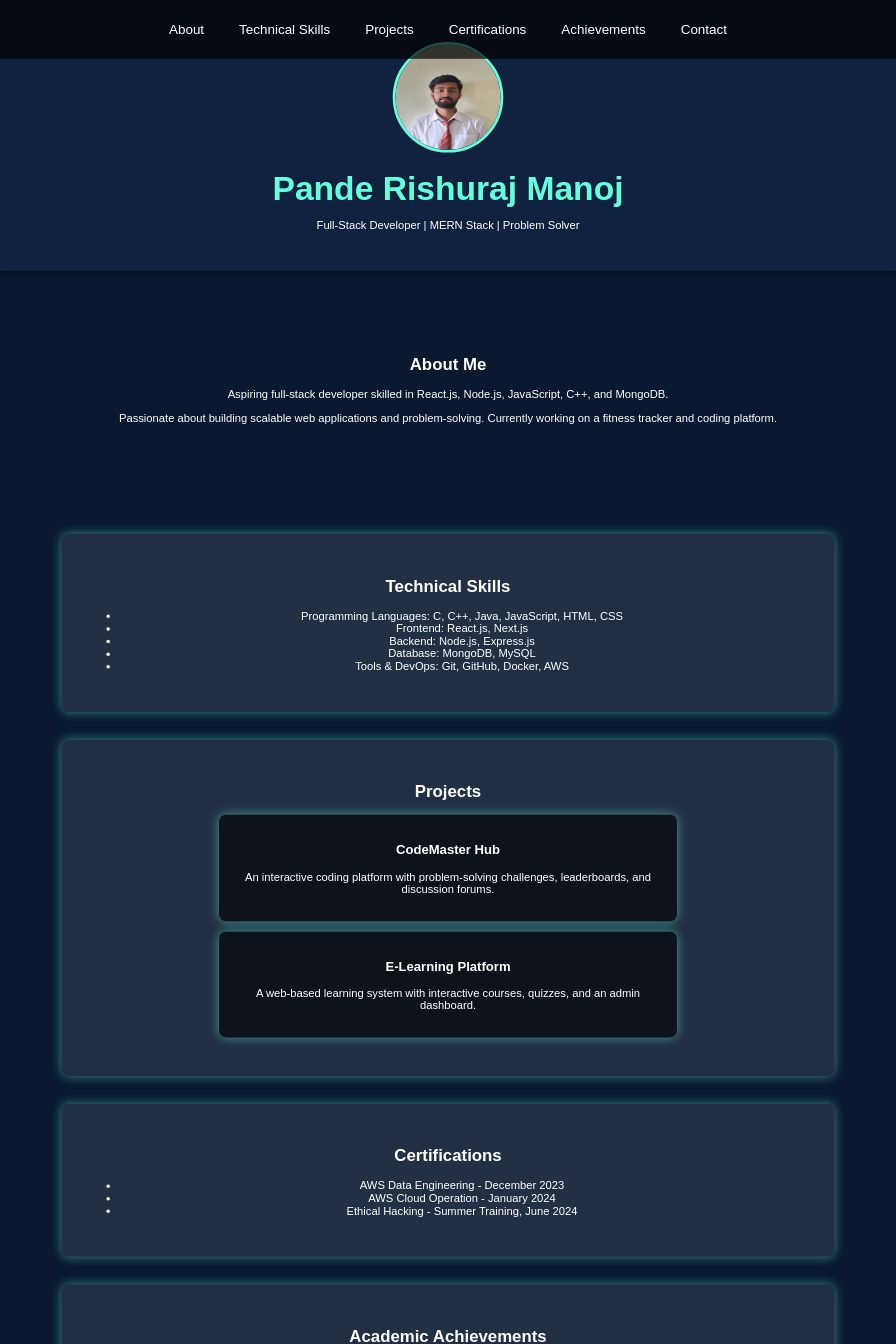
Repository: Rishuraj-Pandey/portfolio
Page: index.html
An editor plug-in stored every save of this project. The page is shown before and after the next save, followed by the edit.
The browser window is 1280 px wide. The pictures show the part of the page from y = 0 to 1920 px (the page is 2791 px tall), at 70% of full size.

Above is the page before, as saved 2025-03-22 01:12:28.

### index.html
<!DOCTYPE html>
<html lang="en">
<head>
    <meta charset="UTF-8">
    <meta name="viewport" content="width=device-width, initial-scale=1.0">
    <title>Pande Rishuraj Manoj - Portfolio</title>
    <link rel="stylesheet" href="style.css">
</head>
<body>
    <header>
        <img src="profile.jpg.jpg" alt="Profile Picture" class="profile-pic">
        <h1>Pande Rishuraj Manoj</h1>
        <p>Full-Stack Developer | MERN Stack | Problem Solver</p>
    </header>

    <nav>
        <ul>
            <li><a href="#about">About</a></li>
            <li><a href="#tech">Technical Skills</a></li>
            <li><a href="#projects">Projects</a></li>
            <li><a href="#certifications">Certifications</a></li>
            <li><a href="#achievements">Achievements</a></li>
            <li><a href="#contact">Contact</a></li>
        </ul>
    </nav>

    <section class="about" id="about">
        <h2>About Me</h2>
        <p>Aspiring full-stack developer skilled in React.js, Node.js, JavaScript, C++, and MongoDB.</p>
        <p>Passionate about building scalable web applications and problem-solving. Currently working on a fitness tracker and coding platform.</p>
    </section>

    <section class="tech" id="tech">
        <h2>Technical Skills</h2>
        <ul>
            <li>Programming Languages: C, C++, Java, JavaScript, HTML, CSS</li>
            <li>Frontend: React.js, Next.js</li>
            <li>Backend: Node.js, Express.js</li>
            <li>Database: MongoDB, MySQL</li>
            <li>Tools & DevOps: Git, GitHub, Docker, AWS</li>
        </ul>
    </section>

    <section class="projects" id="projects">
        <h2>Projects</h2>
        <div class="project-card">
            <h3>CodeMaster Hub</h3>
            <p>An interactive coding platform with problem-solving challenges, leaderboards, and discussion forums.</p>
        </div>
        <div class="project-card">
            <h3>E-Learning Platform</h3>
            <p>A web-based learning system with interactive courses, quizzes, and an admin dashboard.</p>
        </div>
    </section>

    <section class="certifications" id="certifications">
        <h2>Certifications</h2>
        <ul>
            <li>AWS Data Engineering - December 2023</li>
            <li>AWS Cloud Operation - January 2024</li>
            <li>Ethical Hacking - Summer Training, June 2024</li>
        </ul>
    </section>

    <section class="achievements" id="achievements">
        <h2>Academic Achievements</h2>
        <ul>
            <li>Secured 5-Star Badge in C++ & Problem-Solving on HackerRank</li>
            <li>Ranked 6th in National Science Day Coding Competition (200+ participants)</li>
        </ul>
    </section>

    <section class="experience" id="experience">
        <h2>Work & Internship Experience</h2>
        <p>Currently working on full-stack development projects and open-source contributions.</p>
        <p>Previously completed a summer internship in Ethical Hacking.</p>
    </section>

    <section class="contact" id="contact">
        <h2>Contact</h2>
        <p>Email: <a href="mailto:rishurajpande@gmail.com">rishurajpande@gmail.com</a></p>
        <p>LinkedIn: <a href="https://www.linkedin.com/in/rishuraj-pandey-08a9012b0/" target="_blank">linkedin.com/in/rishuraj-pandey</a></p>
        <p>GitHub: <a href="https://github.com/rishurajpande" target="_blank">github.com/rishurajpande</a></p>
    </section>

    <footer>
        <p>&copy; 2025 Pande Rishuraj Manoj. All Rights Reserved.</p>
    </footer>
</body>
</html>

### style.css
body {
    font-family: 'Poppins', sans-serif;
    margin: 0;
    padding: 0;
    background: #0a192f;
    color: white;
    text-align: center;
    scroll-behavior: smooth;
}

header {
    background: #112240;
    padding: 40px 20px;
    box-shadow: 0px 4px 10px rgba(0, 0, 0, 0.5);
}

h1 {
    margin: 0;
    font-size: 3em;
    color: #64ffda;
}

.profile-pic {
    width: 150px;
    height: 150px;
    border-radius: 50%;
    margin: 20px 0;
    border: 4px solid #64ffda;
}

nav {
    background: rgba(0, 0, 0, 0.7);
    position: fixed;
    top: 0;
    width: 100%;
    padding: 15px 0;
    z-index: 1000;
    transition: all 0.3s;
}

nav ul {
    list-style: none;
    padding: 0;
    display: flex;
    justify-content: center;
    gap: 20px;
}

nav ul li {
    display: inline;
}

nav ul li a {
    color: white;
    text-decoration: none;
    padding: 10px 15px;
    font-size: 1.2em;
    transition: color 0.3s, transform 0.2s;
}

nav ul li a:hover {
    color: #64ffda;
    transform: scale(1.1);
}

section {
    padding: 100px 20px;
}

.tech, .certifications, .achievements, .projects, .experience {
    background: rgba(255, 255, 255, 0.1);
    padding: 40px;
    border-radius: 10px;
    margin: 40px auto;
    width: 80%;
    box-shadow: 0px 0px 15px rgba(100, 255, 218, 0.5);
    animation: fadeIn 1.2s ease-in-out;
}

.project-card {
    background-color: rgba(0, 0, 0, 0.6);
    padding: 20px;
    margin: 15px auto;
    width: 60%;
    border-radius: 10px;
    box-shadow: 0px 0px 15px rgba(100, 255, 218, 0.5);
    transition: transform 0.3s, box-shadow 0.3s;
}

.project-card:hover {
    transform: scale(1.05);
    box-shadow: 0px 0px 25px rgba(100, 255, 218, 0.8);
}

.contact a {
    color: #64ffda;
    text-decoration: none;
    font-weight: bold;
}

.contact a:hover {
    text-decoration: underline;
    color: #ff6600;
}

footer {
    background: rgba(0, 0, 0, 0.8);
    padding: 20px;
    font-size: 1em;
}

@keyframes fadeIn {
    from { opacity: 0; }
    to { opacity: 1; }
}

@media (max-width: 768px) {
    nav ul {
        flex-direction: column;
        text-align: center;
    }
    .project-card, .tech, .certifications, .achievements, .experience {
        width: 90%;
    }
}

After the next save:
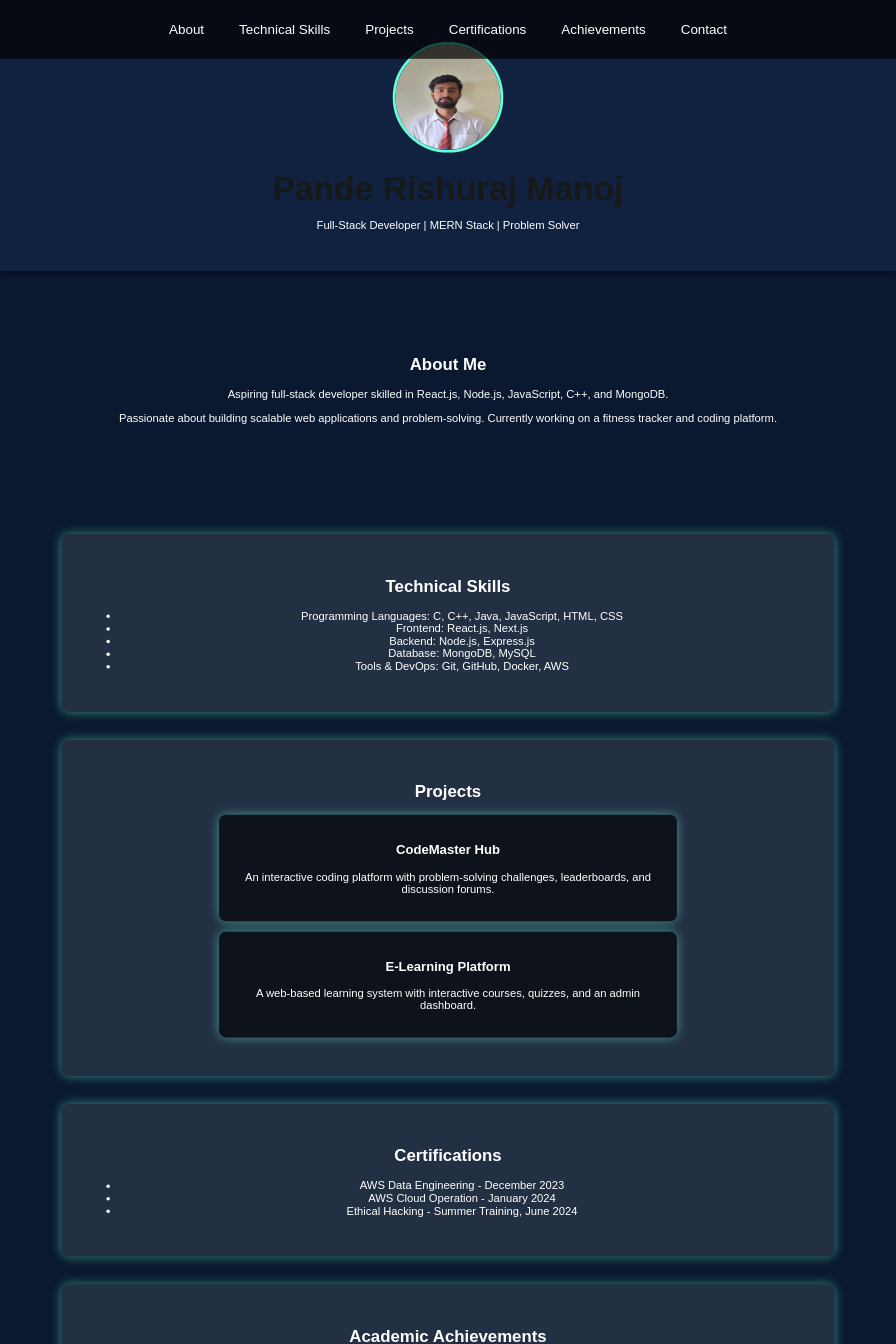
Saved 19 s later.
--- a/style.css
+++ b/style.css
@@ -17,7 +17,7 @@ header {
 h1 {
     margin: 0;
     font-size: 3em;
-    color: #64ffda;
+    color: #171818;
 }
 
 .profile-pic {
